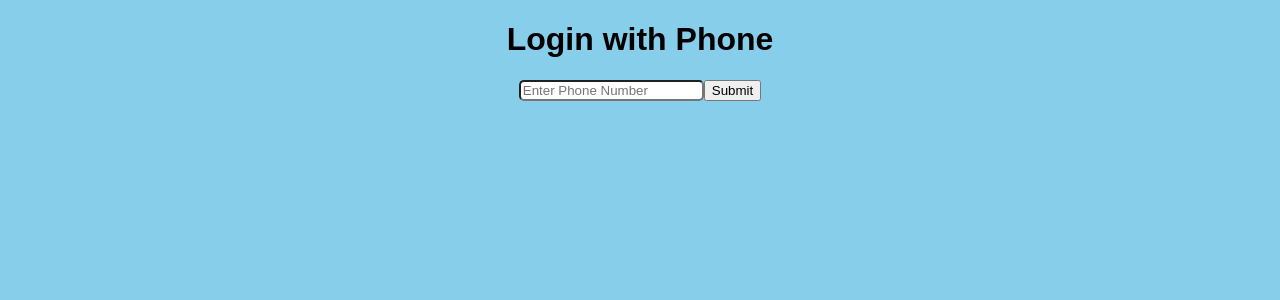
Repository: s-babaeizadeh/OTP-Login
Page: /
An editor plug-in stored every save of this project. The page is shown before and after the next save, followed by the edit.
The browser window is 1280 px wide. The pictures show the whole page.
The project was rebuilt for these pictures with package versions that can differ from the ones it lists, and the page was loaded fresh each time. Also part of the build but not shown: vite.config.js, src/components/OtpInput.jsx.

Above is the page before, as saved 2024-08-03 21:30:56.

### src/App.jsx
import "./App.css";
import PhoneOtpLogin from "./components/PhoneOtpLogin";

function App() {
  return (
    <>
      <div className="App">
        <h1>Login with Phone</h1>
        <PhoneOtpLogin />
      </div>
    </>
  );
}

export default App;

### src/index.css
body {
  background-color: skyblue;
  margin-top: auto;
}

### src/App.css
.App {
  font-family: sans-serif;
  text-align: center;
  margin: auto;
}

.otpInput {
  height: 40px;
  width: 40px;
  margin: 5px;
  text-align: center;
  font-size: 1.2em;
}

.inputotp {
  border-radius: 5px;
  outline: none;
}

### src/components/PhoneOtpLogin.jsx
import React, { useState } from "react";
import OtpInput from "./OtpInput";

const PhoneOtpLogin = () => {
  const [phoneNumber, setPhoneNumber] = useState("");
  const [showOtpInput, setShowOtpInput] = useState(false);

  const handlePhoneNumber = (e) => {
    setPhoneNumber(e.target.value);
  };

  const handlePhoneSubmit = (e) => {
    e.preventDefault();

    //phone validation
    const regex = /[^0-9]/g;
    if (phoneNumber.length < 10 || regex.test(phoneNumber)) {
      alert("Invalid Phone Number");
      return;
    }

    setShowOtpInput(true);
  };

  const onOtpSubmit = (otp) => {
    console.log("Login Successful", otp);
  };

  return (
    <div>
      {!showOtpInput ? (
        <form onSubmit={handlePhoneSubmit}>
          <input
            className="inputotp"
            type="text"
            placeholder="Enter Phone Number"
            onChange={handlePhoneNumber}
          />
          <button type="submit">Submit</button>
        </form>
      ) : (
        <div>
          <p>Enter OTP sent to {phoneNumber}</p>
          <OtpInput length={4} onOtpSubmit={onOtpSubmit} />
        </div>
      )}
    </div>
  );
};

export default PhoneOtpLogin;

Loaded but not shown: index.html (common file); src/main.jsx (common file)

After the next save:
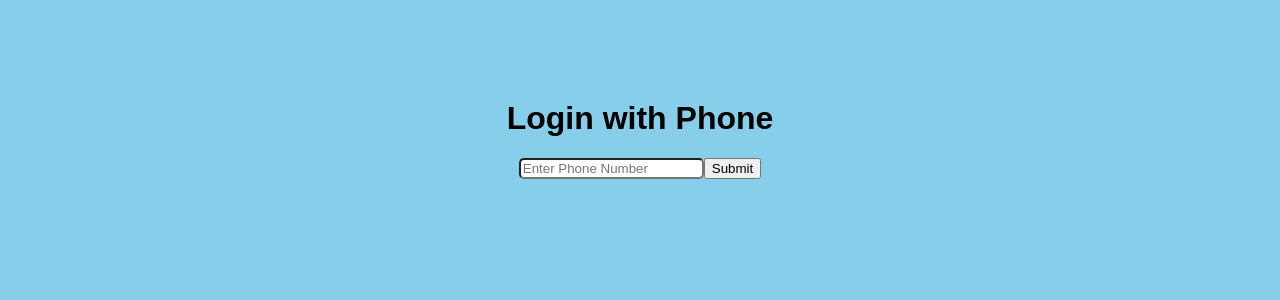
Saved 27 s later.
--- a/src/App.css
+++ b/src/App.css
@@ -1,7 +1,7 @@
 .App {
   font-family: sans-serif;
   text-align: center;
-  margin: auto;
+  margin: 100px;
 }
 
 .otpInput {
